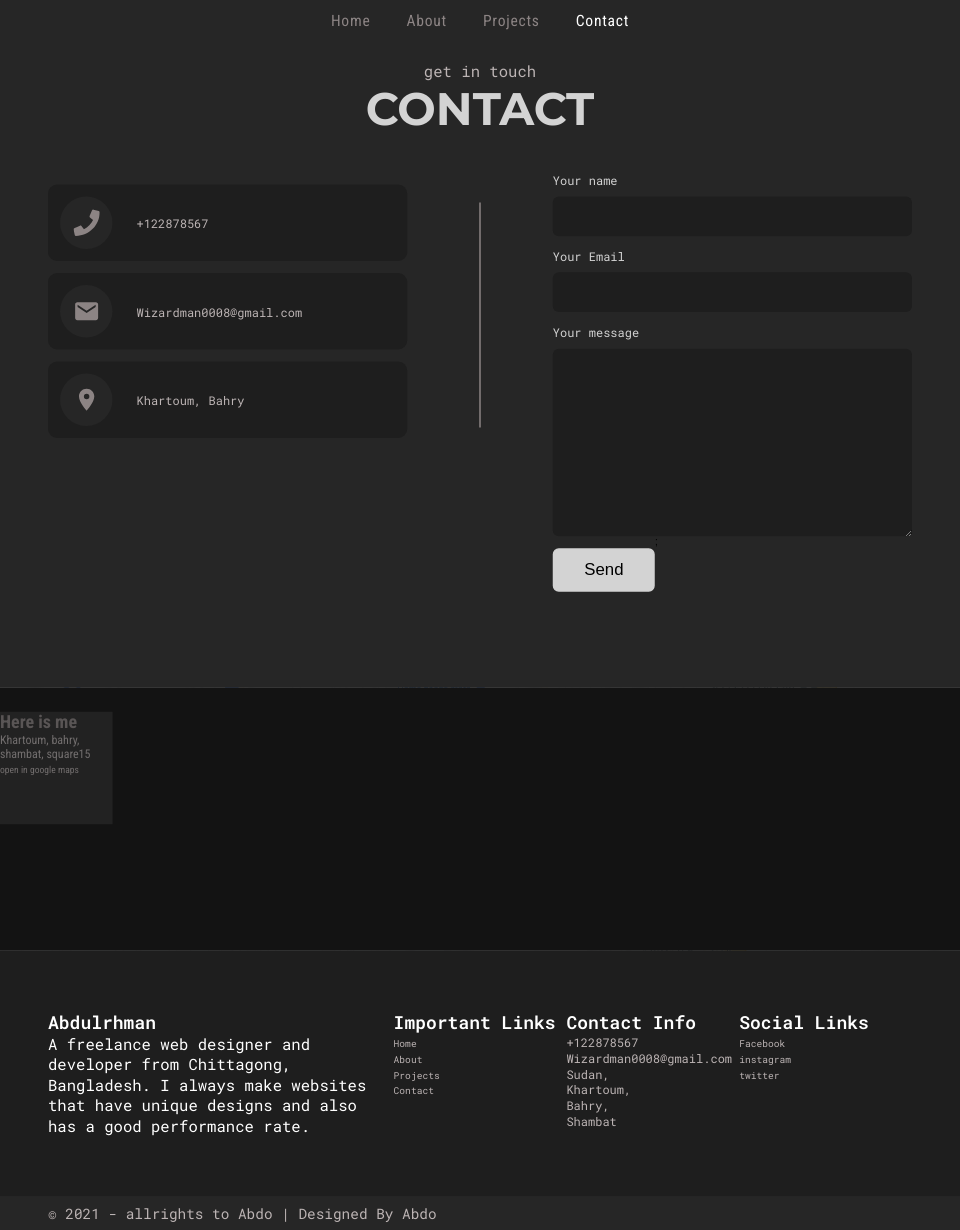
Repository: Abdoulrhman-altyeb/React-Typescript
Page: /contact
An editor plug-in stored every save of this project. The page is shown before and after a run of saves, followed by the edit.
The browser window is 1280 px wide. The pictures show the whole page, at 75% of full size.
The project was rebuilt for these pictures with package versions that can differ from the ones it lists, and the page was loaded fresh each time. Also part of the build but not shown: src/components/ContactButton.tsx, src/components/HeroSection.tsx, src/components/AboutSection.tsx, src/assits/data/Services.ts, src/components/ServiceItems.tsx, src/components/ServicesSection.tsx, src/components/ProjectsSection.tsx, src/Pages/Home.tsx and 2 more.

Above is the page before, as saved 2021-05-20 19:30:14.

### public/index.html
<!DOCTYPE html>
<html lang="en">

<head>
  <meta charset="utf-8" />
  <meta name="viewport" content="width=device-width, initial-scale=1" />
  <meta name="theme-color" content="#000000" />
  <meta name="description" content="IT Guys Community" />
  <link rel="preconnect" href="https://fonts.gstatic.com">
  <link href="https://fonts.googleapis.com/css2?family=Roboto:wght@300;400;500;700&display=swap" rel="stylesheet">
  <link rel="preconnect" href="https://fonts.gstatic.com">
<link href="https://fonts.googleapis.com/css2?family=Montserrat:wght@200;300;400;500;700&display=swap" rel="stylesheet">
<link rel="preconnect" href="https://fonts.gstatic.com">
<link href="https://fonts.googleapis.com/css2?family=Roboto+Mono:wght@200;300;400;500;600&display=swap" rel="stylesheet">
<link rel="preconnect" href="https://fonts.gstatic.com">
<link href="https://fonts.googleapis.com/css2?family=Roboto+Condensed:wght@400;700&display=swap" rel="stylesheet">
  <title>App Lab</title>
</head>

<body>
  <noscript>You need to enable JavaScript to run this app.</noscript>
  <div id="root"></div>
</body>

</html>

### src/index.tsx
import ReactDOM from "react-dom";
import App from "./App";
import './assits/styles/style.css'

ReactDOM.render(<App/>,document.getElementById("root"));

### src/App.tsx
import React from "react";
import NavBar from './components/NavBar';
import { BrowserRouter as Router, Route, Switch } from 'react-router-dom'
import Home from "./Pages/Home";
import Contact from "./Pages/Contact";
import About from "./Pages/About";
import Projects from "./Pages/Projects";


const App: React.FC = () => {



  return (
    <>
      <Router>
        <NavBar />
        <Switch>
          <Route  path='/' exact>
            <Home />
          </Route>
          <Route path="/contact">
            <Contact />
          </Route>
          <Route path='/about'>
            <About />
          </Route>
          <Route path='/projects'>
              <Projects/>
          </Route>
        </Switch>
      </Router>
    </>
  )
}

export default App;

### src/assits/styles/style.css
* {
    padding:0;
    margin:0;
    box-sizing:border-box;
    scroll-behavior: auto;
}

body {
    background:#262626;
    color:white;
    font-family: 'Roboto Mono', monospace;
}
::-webkit-scrollbar-track {
    background: #1E1E1E;
}
::-webkit-scrollbar {
    width: 8px;
}
::-webkit-scrollbar-thumb {
    background: #888;
    border-radius: 20px;
}




img,svg{
    width: 100%;
    height:100%;
    object-fit: cover;
}
.container {
    width:90%;
    max-width:1200px;
    margin: 0 auto;
}

.hero__img {
    height:600px;
}
ul {
    list-style: none;
}
p, h1, span,h3,a {
    color:#BCB4B4
}
a {
    text-decoration: none;
    font-size:0.8rem;
}
.map{
    background: linear-gradient(rgba(0,0,0,1),rgba(0,0,0,1)),url('../images/Capture.jpg');
    background-repeat: no-repeat;
    background-size: cover;
    background-position: center;
    filter: opacity(0.5);
}

### src/components/NavBar.tsx
import React,{useState} from 'react';
import styled from 'styled-components';
import { NavLink } from 'react-router-dom';
import { BiMenu, BiX } from 'react-icons/bi';


const NavBar: React.FC = () => {

    const [isActive, setIsActive] = useState<boolean>(false);

    return (
        <NavBarContainer>
            <div className="hamburgerMenu"
                onClick={() => setIsActive(!isActive)}
                role='button'
                tabIndex={0}
                onKeyDown={() => setIsActive(!isActive)}
            >
                <BiMenu/>
            </div>
            <ul className={isActive ? 'ListItems' : 'ListItems hide-items'}>
                <div className='closeMenu'
                    onClick={() => setIsActive(!isActive)}
                    role='button'
                    tabIndex={0}
                    onKeyDown={() => setIsActive(!isActive)}
                >
                    <BiX/>
                </div>
                <li>
                    <NavLink to='/' exact>
                     Home
                    </NavLink>
                </li>
                <li>
                    <NavLink to="/about">
                        About
                    </NavLink>
                </li>
                <li>
                    <NavLink to='projects'>
                        Projects
                    </NavLink>
                </li>
                <li>
                    <NavLink to='contact'>
                        Contact
                    </NavLink>
                </li>
            </ul>
        </NavBarContainer>
    )
}

const NavBarContainer = styled.nav`
    position: fixed;
    z-index:100;
    top:0;
    left:0;
    background-color:#262626;
    font-family: 'Roboto Condensed', sans-serif;
    width:100%;
    ul {
        width:90%;
        max-width:1200px;
        justify-content:center;
        text-align:center;
        margin:0 auto;
        border-radius:12px;
    }
    li {
        display:inline-block;
        cursor:pointer;
    }
    a {
        display:inline-block;
        padding:1rem 1.5rem;
        font-size:1.3rem;
        color:#8c8484;
        letter-spacing: 1px;
        transition:0.3s ease color;
        /* &:hover {
            color:#726f6f;
        } */
    }
    .active {
        color:white;
    }

    .hamburgerMenu {
        font-size:2rem;
        position:absolute;
        top:1rem;
        right:1rem;
        color:white;
        display:none;
        * {
            pointer-events:none;
        }
    }
    .closeMenu{
        display:none;
    }
    @media only screen and (max-width:768px) {
        .hide-items{
            transform: translateY(calc(-100% - 1rem))
        }
        .hamburgerMenu{
            display:block;
        }
        .ListItems {
            width:80%;
            max-width:230px;
            position:absolute;
            top:1rem;
            right:1rem;
            background:#1E1E1E;
            padding:1rem;
            transition: 0.3s ease transform;

            .closeMenu {
                color:white;
                font-size:1.5rem;
                width:1rem;
                margin: 0 0 0 auto;
                cursor: pointer;
                display:block;
                *{
                    pointer-events:none;
                }
            }
        }
        li {
            display:block;
            margin-bottom:1rem;
        }
        a {
            /* padding:1rem; */
            padding:0.2rem;
            outline:none;
        }
    }
`;



export default NavBar;

### src/Pages/Contact.tsx
import React from 'react';
import ContactSection from '../components/ContactSecion';
import FooterSection from '../components/FooterSection';
import Map from '../components/Map';

const Contact: React.FC = () => {
    return (
        <>
            <ContactSection/>
            <Map/>
            <FooterSection />
        </>
    )
}

export default Contact;

### src/components/FooterSection.tsx
import React from 'react';
import styled from 'styled-components';
import PaText from './PaText';
import { Link } from 'react-router-dom';

const FooterSection: React.FC = () => {
    return (
        <>
            <StyledDiv>
                <div className="container">
                    <div className="info">
                        <h2>Abdulrhman</h2>
                        <PaText>
                            A freelance web designer and developer from Chittagong,
                            Bangladesh. I always make websites that have unique designs
                            and also has a good performance rate.
                        </PaText>
                    </div>
                    <div className="pages">
                        <h2>Important Links</h2>
                        <ul>
                            <li>
                                <Link to="/">Home</Link>
                            </li>
                            <li>
                                <Link to="/">About</Link>
                            </li>
                            <li>
                                <Link to="/">Projects</Link>
                            </li>
                            <li>
                                <Link to="/">Contact</Link>
                            </li>
                        </ul>
                    </div>
                    <div className="contact_info">
                        <h2>Contact Info</h2>
                        <ul>
                            <li><p>+122878567</p></li>
                            <li><p>Wizardman0008@gmail.com</p></li>
                            <li><p>Sudan,<br></br>Khartoum,<br></br>Bahry,<br></br>Shambat</p></li>
                        </ul>
                    </div>
                    <div className="social_Links">
                        <h2>Social Links</h2>
                        <ul>
                            <li><a href="https://facebook.com" rel='noreferrer'>Facebook</a></li>
                        </ul>
                        <ul>
                            <li><a href="https://instagram.com" rel='noreferrer'>instagram</a></li>
                        </ul>
                        <ul>
                            <li><a href="https://twitter.com" rel='noreferrer'>twitter</a></li>
                        </ul>
                    </div>
                </div>
            </StyledDiv>
            <StyledCopyright>
                <div className="container">
                    <p>© 2021 - allrights to Abdo  | Designed By Abdo</p>
                </div>
            </StyledCopyright>
        </>

    )
}

const StyledDiv = styled.div`
    background:#1E1E1E;
    padding:5rem 0 ;
    .container{
        display:flex;
    }
    .info{
        flex:2;
    }
    .contact_info,
    .pages,
    .social_Links{
        flex:1;
    }
    @media only screen and (max-width:768px) {
        .container{
            flex-direction:column;
        }
    }
`;
const StyledCopyright = styled.div`
    background:#262626;
    padding:10px 0;
    p{
        font-size:1.2rem;
    }

    @media only screen and (max-width:768px) {
        p{
            font-size:0.9rem;
            width:100%;
        }
    }
`;

export default FooterSection

### src/components/ContactSecion.tsx
import React from 'react';
import styled from 'styled-components';
import SectionsTitle from './SectionsTitle';
import { FaPhone } from 'react-icons/fa';
import { IoMdMail } from 'react-icons/io';
import {MdLocationOn} from 'react-icons/md'
import Button from './Button';

const ContactSection: React.FC = () => {
    return (
        <StyledDiv>
            <div className="container">
                <SectionsTitle title='contact' semiTitle='get in touch' />
                <div className="contact-me">
                    <div className="contact-info">
                        <div className="phone">
                            <div className="icon">
                                <FaPhone/>
                            </div>
                            <span> +122878567</span>
                        </div>
                        <div className="mail">
                            <div className="icon">
                                <IoMdMail/>
                            </div>
                            <span>Wizardman0008@gmail.com</span>
                        </div>
                        <div className="location">
                            <div className="icon">
                                <MdLocationOn/>
                            </div>
                            <span>Khartoum, Bahry</span>
                        </div>
                    </div>
                    <div className="linebetween"></div>
                    <form className='form-contact'>
                        <label htmlFor="name">Your name</label>
                        <input className='name' type="text" id='name' />
                        <label htmlFor="email">Your Email</label>
                        <input type="email" id="email" />
                        <label htmlFor="message">Your message</label>
                        <textarea id="message"></textarea>
                        <button type='submit' className='btn'>
                                <Button btnLink='/'  outline={false} btnText='Send'/>;
                        </button>
                    </form>
                </div>
            </div>
        </StyledDiv>
    )
}
const StyledDiv = styled.div`
    padding:5rem 0;
    text-align: center;
    .container{
        display: flex;
        flex-direction:column;
    }
    .title{
        p{
            font-size:1.3rem;
        }
        h2{
            font-size:3.8rem;
            margin-top:0;
        }
    }
    .contact-me{
        padding:3rem 0;
        display: flex;
        gap:6rem;
    }
    .contact-info{
        flex:1;
    }
    .phone,
    .mail,
    .location{
        width:100%;
        background:#1E1E1E;
        margin-top:1rem;
        padding:1rem;
        border-radius:12px;
        display: flex;
        align-items: center;
    }
    .icon{
        width:70px;
        height:70px;
        border-radius: 50%;
        display: flex;
        justify-content: center;
        align-items:center;
        margin-right:2rem;
        background:#262626;
    }
    .icon svg{
        width:50%;
        fill: #8c8484;
    }
    .linebetween{
        width:2px;
        height:300px;
        background:#8c8484;
        margin-top:2.5rem;
    }

    .form-contact{
        flex:1;
        display: flex;
        flex-direction:column;
        text-align:left;
    }
    .form-contact input, textarea{
        padding:1rem;
        background:#1E1E1E;
        border:none;
        border-radius:8px;
    }
    .form-contact textarea {
        height:250px;
        resize: vertical;
    }
    .form-contact label{
        margin-bottom:0.7rem;
        color:lightgray;
    }
    .form-contact input{
        margin-bottom:1rem;
        outline:none;
        color:#8c8484;
        font-size:1.1rem;
    }
    .btn{
        background:transparent;
        outline:none;
        border:none;
        pointer-events: none;
        display: flex;
        justify-content: flex-start;
        *{
            pointer-events: all;
        }
    }
    @media only screen and (max-width:768px) {
        .title{
            p{
                font-size:0.9rem;
            }
            h2{
                font-size:2.5rem;
                margin-top:0;
            }
        }
        .contact-me{
            flex-direction:column;
        }
        .linebetween{
            display: none;
        }
    }
`;

export default ContactSection;

### src/components/Map.tsx
import React from 'react';
import styled from 'styled-components';
const Map: React.FC = () => {
    return (
        <StyleDiv className='map'>
            <div className="location__details">
                <h2>Here is me</h2>
                <p>Khartoum, bahry, shambat, square15</p>
                <a href="https://www.google.com/maps/place/%D9%85%D8%AD%D8%B7%D9%87+15%E2%80%AD/@15.6677097,32.5462023,17z/data=!4m13!1m7!3m6!1s0x168e8da4c6682f5f:0x213cdd630f5e6fa9!2sShambat+Bridge,+Khartoum+North,+Sudan!3b1!8m2!3d15.6434242!4d32.5089219!3m4!1s0x168e93f8f47bbcb9:0x5df02e7d5dd85537!8m2!3d15.6681869!4d32.5468858" rel='noreferrer'>open in google maps</a>
            </div>
        </StyleDiv>
    )
}

const StyleDiv = styled.div`
    position: relative;
    height:350px;
    width:100%;
    font-family: 'Roboto Condensed', sans-serif;
    .location__details{
        color:#8c8484;
        position: absolute;
        width:150px;
        height:150px;
        background:#1E1E1E;
        top: 2rem;
    }
`;
export default Map;

### src/components/Button.tsx
import React from 'react';
import { Link } from 'react-router-dom';
import styled from 'styled-components'


const Button:React.FC<ButtonProps> = ({btnLink,btnText,outline}) => {
    return (
        <BTNSTYLE className='btn'>
            <Link className='button' to={btnLink} style={{ background: outline ? 'transparent' : 'lightgray', color: outline? 'lightgray': 'black' }}>{btnText}</Link>
        </BTNSTYLE>
    )
}


const BTNSTYLE = styled.div`
    margin-top:1rem;
    .button{
        background:lightgray;
        padding:0.9rem 2.5rem;
        color:black;
        border-radius:8px;
        border:2px solid lightgray;
        cursor:pointer;
        display:inline-block;
        font-size:1.4rem;
    }
    @media only screen and (max-width:768px) {
        .button{
            font-size:1.2rem;
        }
    }
`;

export default Button

### src/components/PaText.tsx
import styled from 'styled-components'

const PaText: React.FC = ({children}) => {

    return (
        <TextContainer className='par'>
            {children}
        </TextContainer>
    )
}

const TextContainer = styled.div`
    max-width:500px;
    margin:0 auto;
    line-height:1.3em;
    font-family: 'Roboto Mono', monospace;
    font-size:1.3rem;
    @media only screen and (max-width:768px) {
        font-size:1.1rem;
    }
`;

export default PaText

### src/components/SectionsTitle.tsx
import React from 'react';
import styled from 'styled-components';

const SectionsTitle:React.FC<SectionTitle> = ({title,semiTitle}) => {
    return (
        <StyledSectionTitle className='title'>
            <p>{semiTitle}</p>
            <h2>{title}</h2>
        </StyledSectionTitle>
    )
}

const StyledSectionTitle = styled.div`
    P{
        font-size:1.5rem;
    }
    h2{
        font-size:3.8rem;
        font-family: 'Montserrat', sans-serif;
        text-transform:uppercase;
        margin-top:0.7rem;
        color:lightgray;
    }
    @media only screen and (max-width:768px){
        p{
            font-size:1rem;
        }
        h2{
            font-size:2rem;

        }
    }
`;

export default SectionsTitle;

After the next 2 saves:
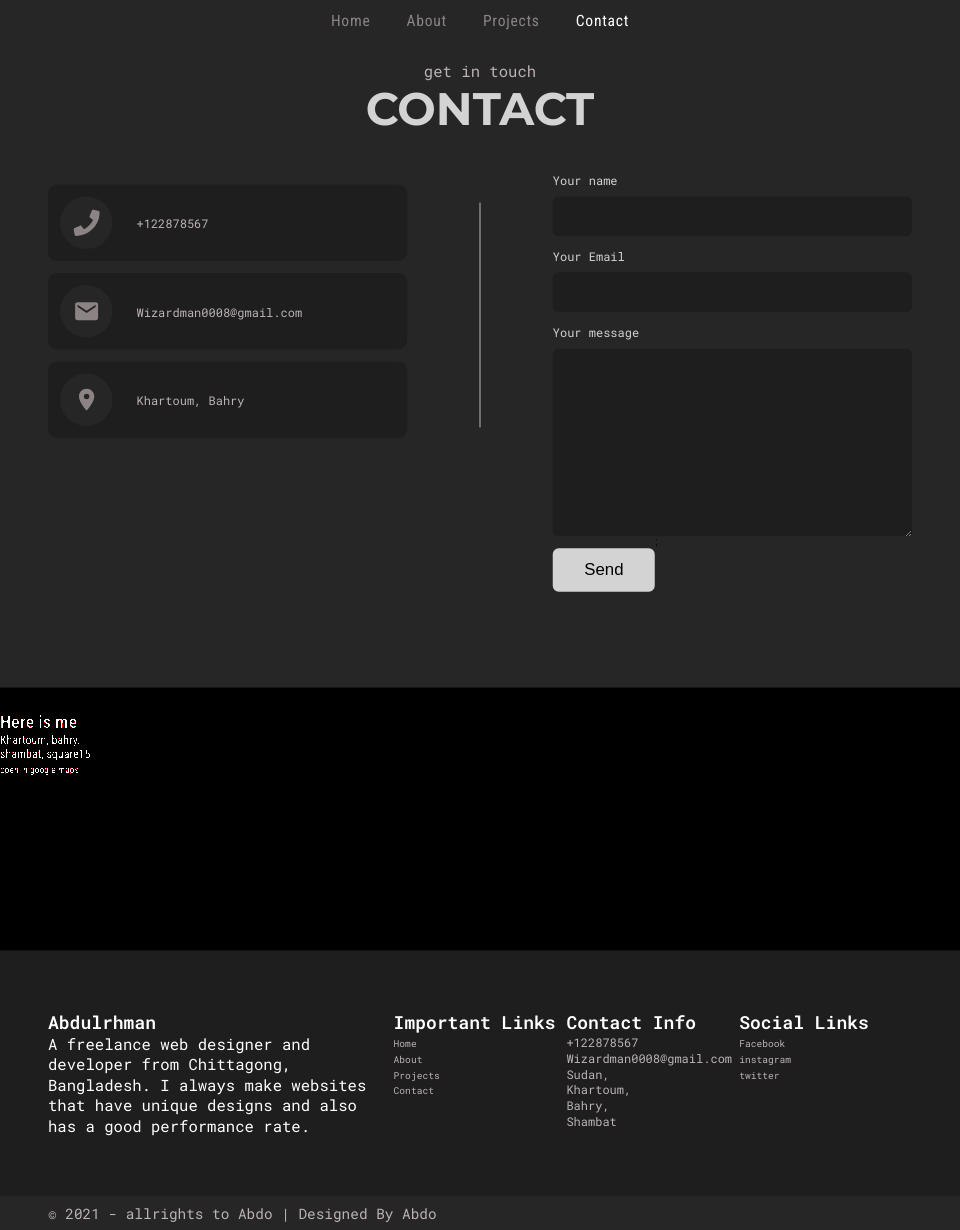
The 2 saves are shown as one change because they came seconds apart.
The last was saved 11 s later.
--- a/src/assits/styles/style.css
+++ b/src/assits/styles/style.css
@@ -53,5 +53,5 @@ a {
     background-repeat: no-repeat;
     background-size: cover;
     background-position: center;
-    filter: opacity(0.5);
+    filter: contrast(100);
 }
